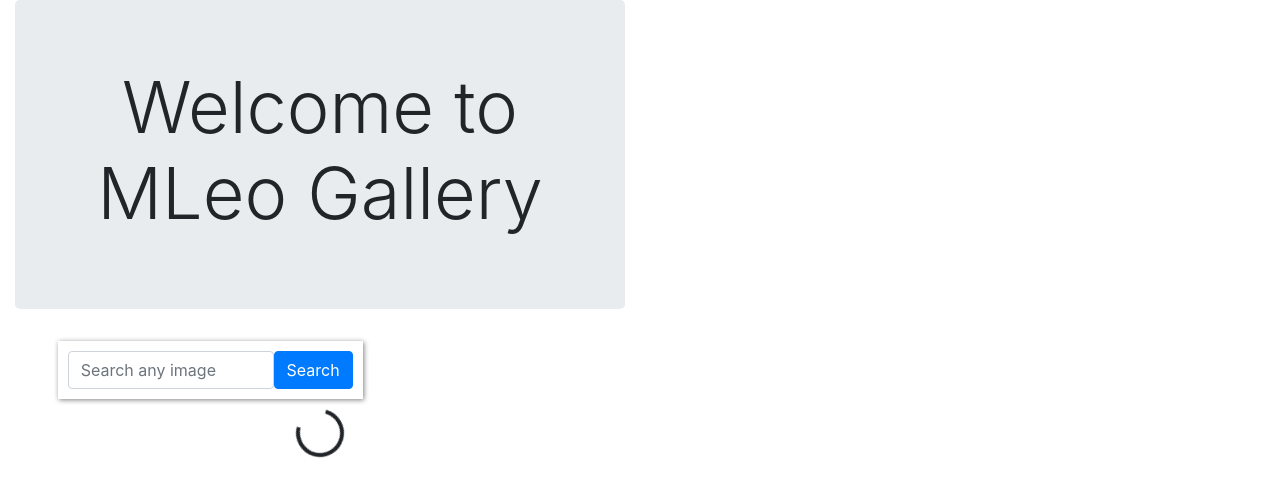
Repository: the-manohar/gallery
Page: /
These files come from the project's save history. The page is drawn as it stood at one moment and after the next save; the edit follows.
The browser window is 1280 px wide. The pictures show the whole page.
The project was rebuilt for these pictures with package versions that can differ from the ones it lists, and the page was loaded fresh each time.

Above is the page before, as saved 2020-06-18 23:22:21.

After the next save:
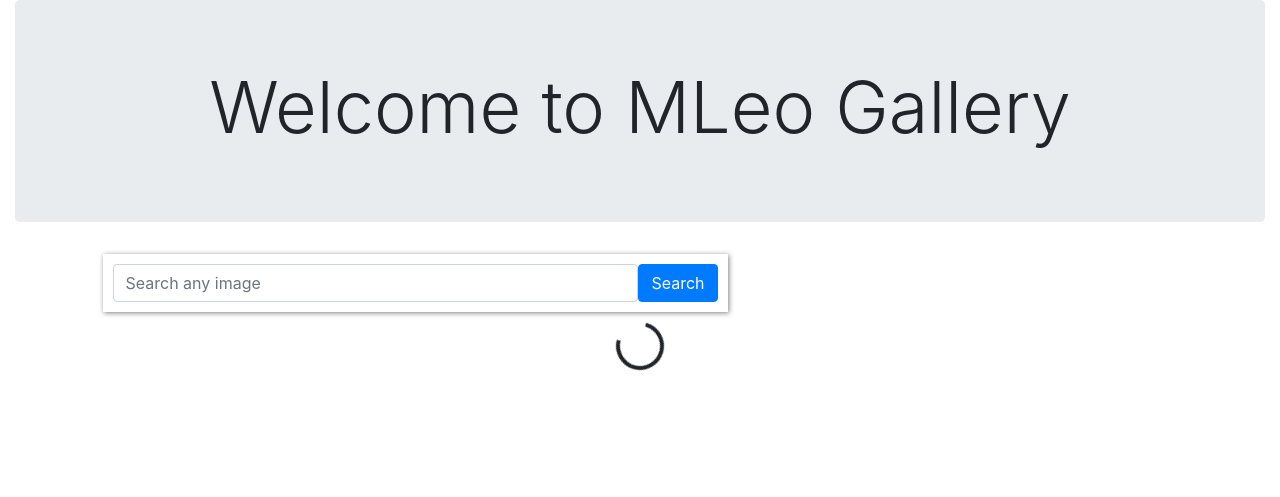
Saved 28 s later.
--- a/src/App.js
+++ b/src/App.js
@@ -24,7 +24,7 @@ function App() {
       });
   };
   return (
-    <div className="App col-sm-6">
+    <div className="App col-sm-12">
       <Jumbotron>
         <h1 className="display-3">Welcome to MLeo Gallery</h1>
       </Jumbotron>
